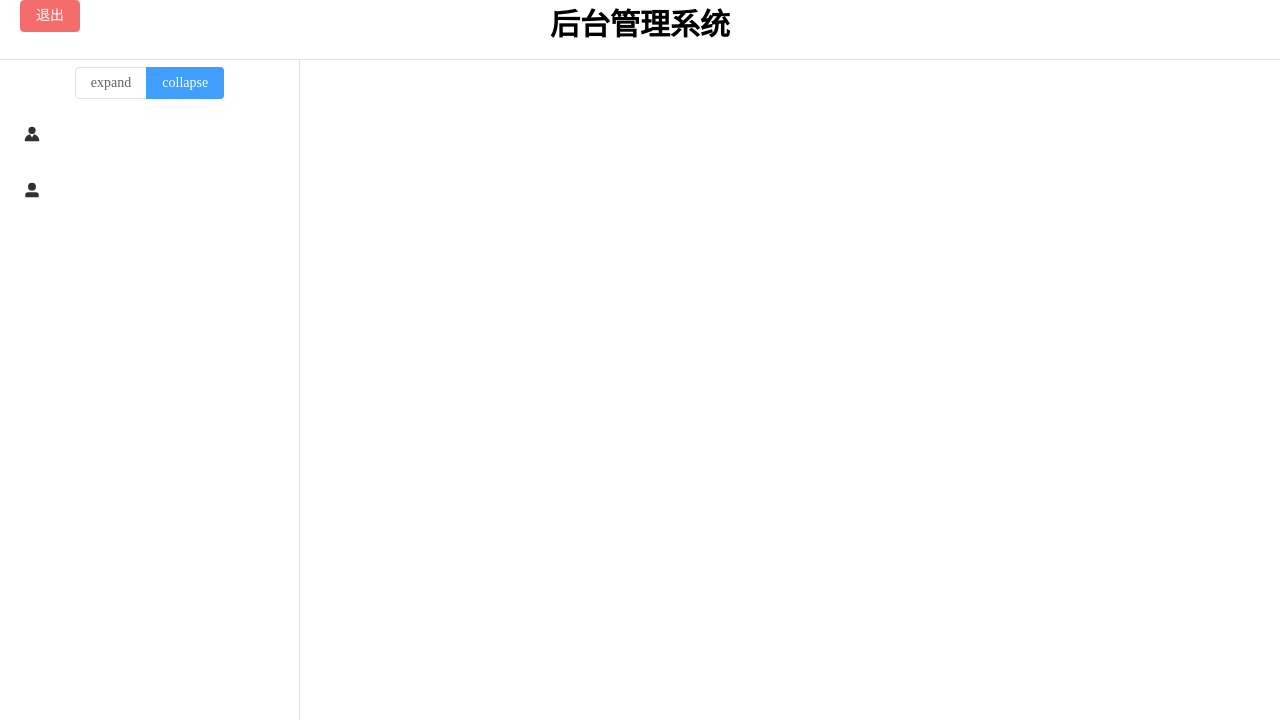
Repository: LdoIt/backstage-management-system
Page: /#/home (app in backstage-management-system-vue3/)
An editor plug-in stored every save of this project. The page is shown before and after the next save, followed by the edit.
The browser window is 1280 px wide. The pictures show the whole page.
The project was rebuilt for these pictures with package versions that can differ from the ones it lists, and the page was loaded fresh each time. Also part of the build but not shown: backstage-management-system-vue3/vue.config.js.

Above is the page before, as saved 2023-04-23 14:03:31.
Console error: TypeError: Cannot read properties of undefined (reading 'state')

After the next save:
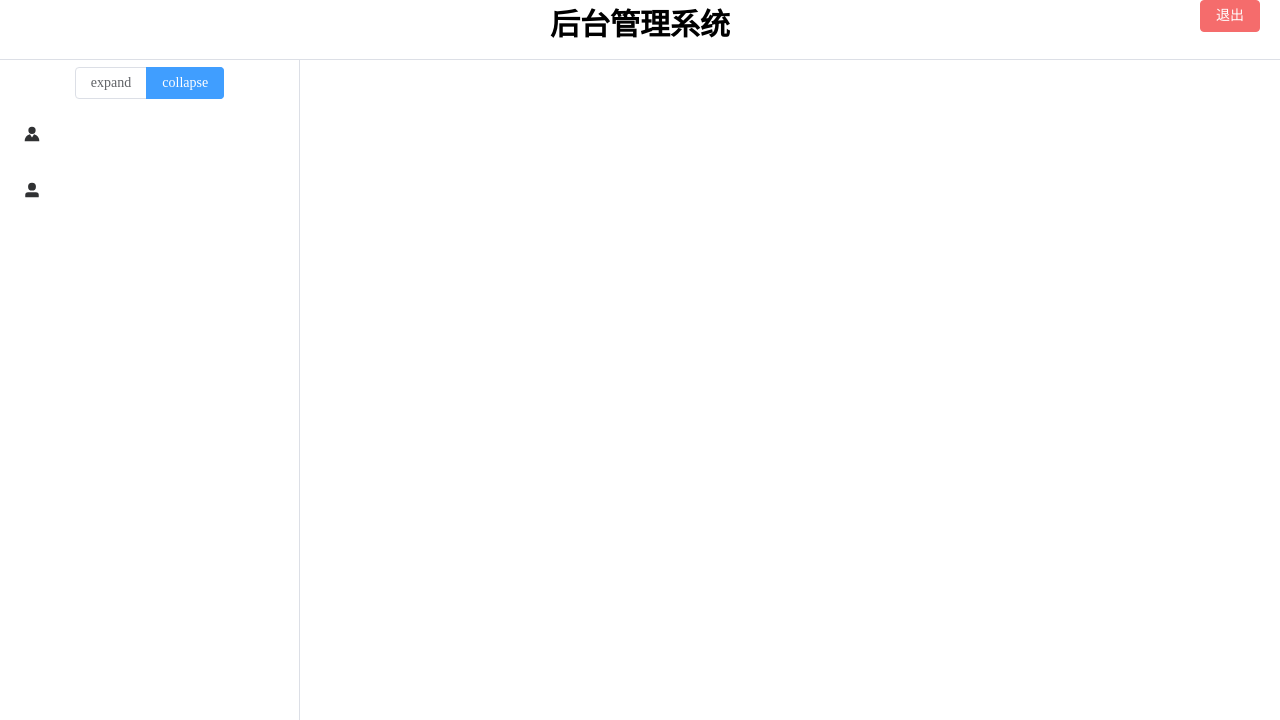
Saved 77 s later.
--- a/backstage-management-system-vue3/src/pages/Home.vue
+++ b/backstage-management-system-vue3/src/pages/Home.vue
@@ -5,7 +5,7 @@
   <el-container>
     <el-header>
       <div class="title">后台管理系统</div>
-      <el-button type="danger">退出</el-button>
+      <el-button type="danger" class="logout">退出</el-button>
     </el-header>
     <el-container>
       <el-aside>
@@ -69,6 +69,9 @@ onMounted( () => {
         font: 800 30px '微软雅黑';
         width: 250px;
       }
+      .logout {
+        float: right;
+      }
     }
     .el-container {
       height: 100%;
